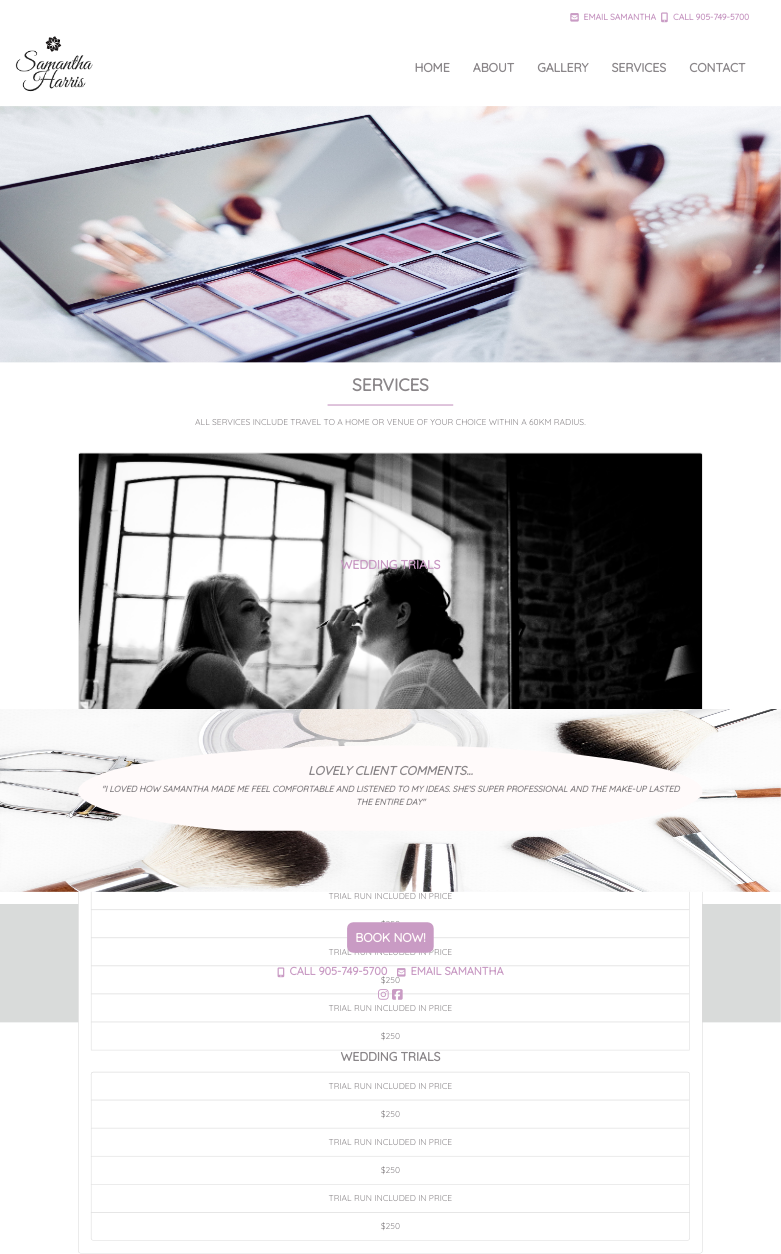
Repository: JayneyNix/milestone-1-UCFD
Page: services.html
The author's editor kept a record of every edit. The page is drawn from the files as they stood at one moment, then again after the next edit.
The browser window is 1280 px wide. The pictures show the whole page, at 61% of full size.
Some web libraries are served in a nearby version.

Above is the page before.

After the next edit:
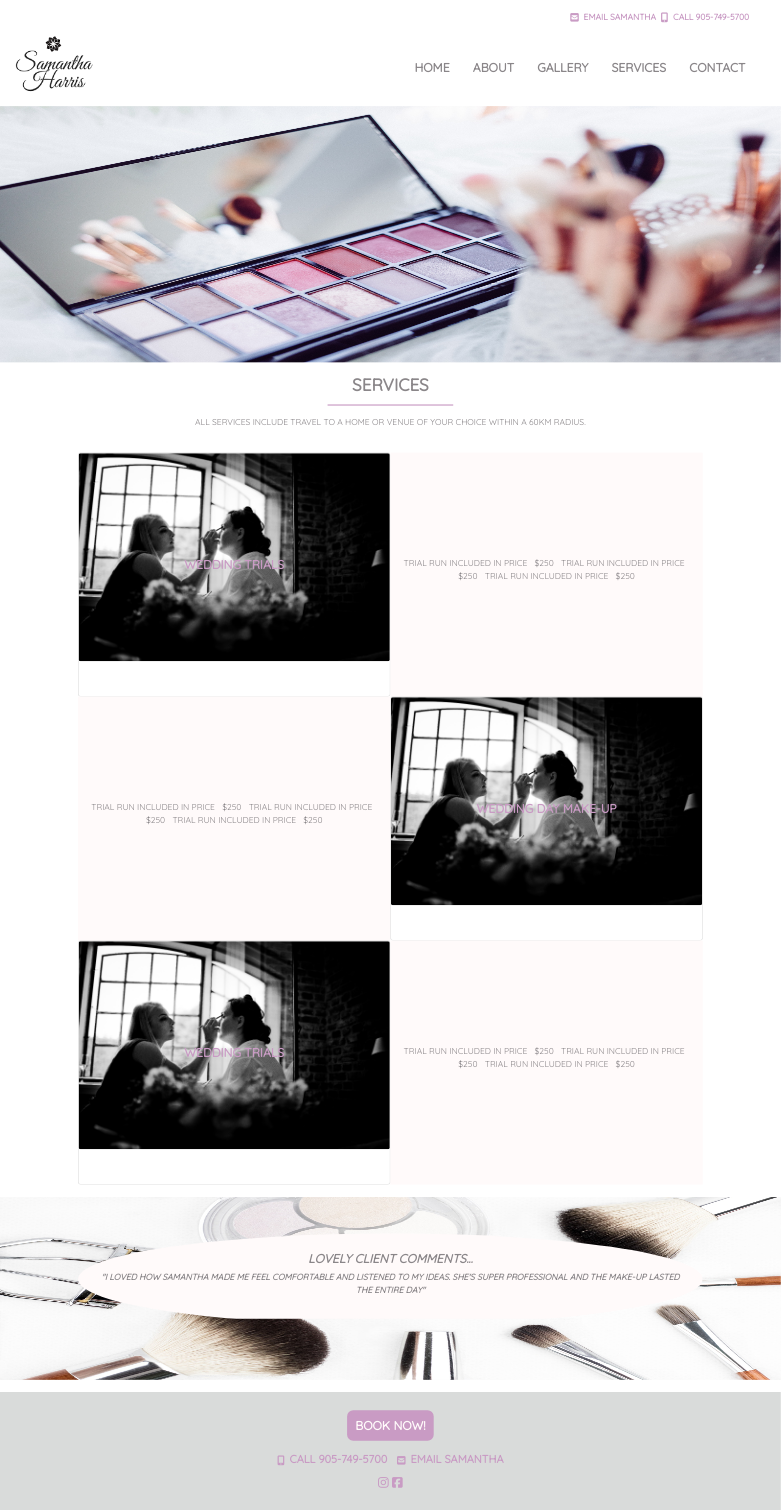
The edit:
--- a/services.html
+++ b/services.html
@@ -97,36 +97,66 @@
 
     <!--Services Section-->
 
-    <div class="container services-container text-center">
+   <div class="container services-container text-center">
         <div class="row pricing-row d-flex justify-content-center no-gutter">
-            <div class="card services-heading col-md-12 d-flex align-content-center flex-wrap">
+            <div class="card services-heading col-md-6 d-flex align-content-center flex-wrap">
                 <img class="card-img img-fluid" src="Assets/make-up-artist-and-bride-facing-eachother.jpg">
                 <div class="card-img-overlay">
                     <h2 class="card-title h2 headings">Wedding Trials</h2>
-                    </div>
-                    <div class="card-body">
-                    <ul class="list-group p headings">
-                    <li class="list-group-item">Trial Run included in price</li>
-                    <li class="list-group-item">$250</li>
-                    <li class="list-group-item">Trial Run included in price</li>
-                    <li class="list-group-item">$250</li>
-                    <li class="list-group-item">Trial Run included in price</li>
-                    <li class="list-group-item">$250</li>
-
-
+                </div>
+            </div>
+
+            <div class="services-text col-md-6 col-sm-order-2 d-flex align-content-center flex-wrap">
+                <ul class="list-inline p headings">
+                    <li class="list-inline-item">Trial Run included in price</li>
+                    <li class="list-inline-item">$250</li>
+                    <li class="list-inline-item">Trial Run included in price</li>
+                    <li class="list-inline-item">$250</li>
+                    <li class="list-inline-item">Trial Run included in price</li>
+                    <li class="list-inline-item">$250</li>
+
+            </div>
+        </div>
+        <div class="row pricing-row d-flex justify-content-center no-gutter">
+            <div class="services-text col-md-6 col-sm-push-6 d-flex align-content-center flex-wrap">
+                <ul class="list-inline p headings">
+                    <li class="list-inline-item">Trial Run included in price</li>
+                    <li class="list-inline-item">$250</li>
+                    <li class="list-inline-item">Trial Run included in price</li>
+                    <li class="list-inline-item">$250</li>
+                    <li class="list-inline-item">Trial Run included in price</li>
+                    <li class="list-inline-item">$250</li>
+            </div>
+
+            <div class="card services-heading col-md-6 col-sm-push-6 d-flex align-content-center flex-wrap">
+                <img class="card-img img-fluid" src="Assets/make-up-artist-and-bride-facing-eachother.jpg">
+                <div class="card-img-overlay">
+                    <h2 class="card-title h2 headings">Wedding Day Make-Up</h2>
+                </div>
+            </div>
+        </div>
+
+        <div class="row pricing-row d-flex justify-content-center no-gutter">
+            <div class="card services-heading col-md-6 d-flex align-content-center flex-wrap">
+                <img class="card-img img-fluid" src="Assets/make-up-artist-and-bride-facing-eachother.jpg">
+                <div class="card-img-overlay">
                     <h2 class="card-title h2 headings">Wedding Trials</h2>
-                    <ul class="list-group p headings">
-                    <li class="list-group-item">Trial Run included in price</li>
-                    <li class="list-group-item">$250</li>
-                    <li class="list-group-item">Trial Run included in price</li>
-                    <li class="list-group-item">$250</li>
-                    <li class="list-group-item">Trial Run included in price</li>
-                    <li class="list-group-item">$250</li>
-                </div>
-                </div>
-            </div>
-        </div>
-                </div>
+                </div>
+            </div>
+
+            <div class="services-text col-md-6 col-sm-order-2 d-flex align-content-center flex-wrap">
+                <ul class="list-inline p headings">
+                    <li class="list-inline-item">Trial Run included in price</li>
+                    <li class="list-inline-item">$250</li>
+                    <li class="list-inline-item">Trial Run included in price</li>
+                    <li class="list-inline-item">$250</li>
+                    <li class="list-inline-item">Trial Run included in price</li>
+                    <li class="list-inline-item">$250</li>
+
+            </div>
+        </div>
+    </div>
+ <!--Services Section-->
 
 
     <!--Testimonials-->
